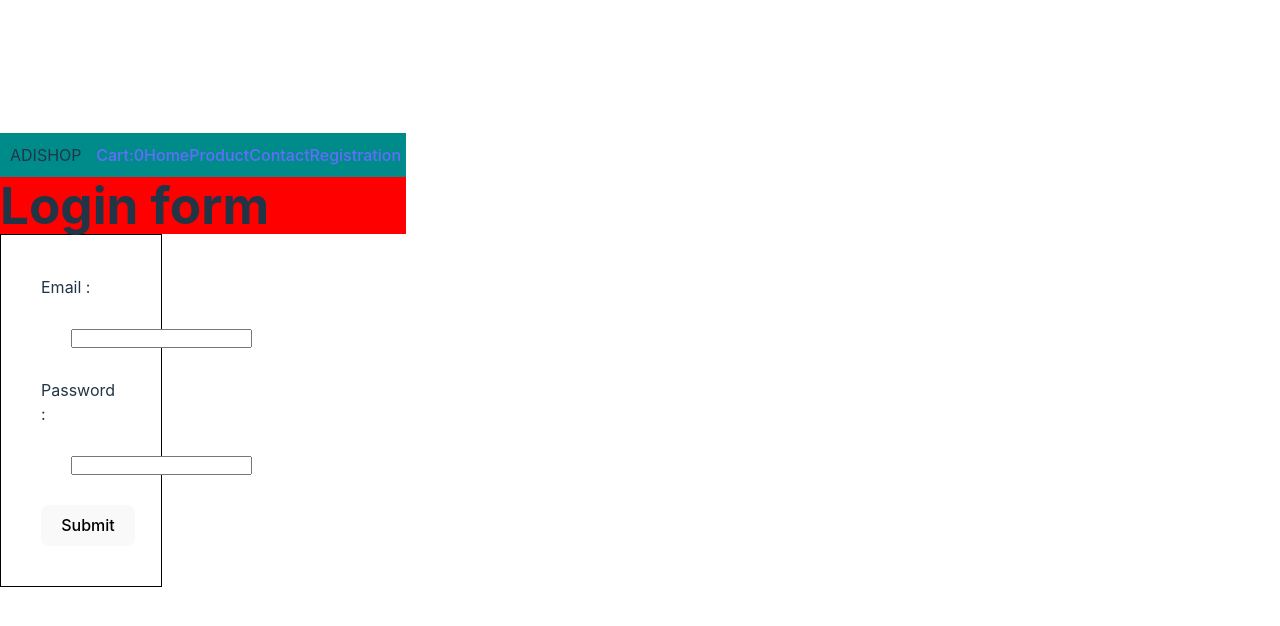
Repository: Aditya0377/React-ecommercewebsite
Page: /login (app in ecommerce/)
The author's editor kept a copy of each file at every save. The page is drawn from the files as they stood at one save, then again after the next save.
The browser window is 1280 px wide. The pictures show the whole page.
The project was rebuilt for these pictures with package versions that can differ from the ones it lists, and the page was loaded fresh each time. Also part of the build but not shown: ecommerce/vite.config.js, ecommerce/src/components/Footer.jsx, ecommerce/src/components/Home.jsx, ecommerce/src/components/Product.css, ecommerce/src/components/Product.jsx, ecommerce/src/components/Contact.jsx, ecommerce/src/components/Registration.jsx, ecommerce/src/components/Authentication.jsx. Imported but missing from the stored project, and not drawn on this page: ecommerce/src/components/Cart.

Above is the page before, as saved 2025-01-28 17:12:05.

### ecommerce/src/main.jsx
import { BrowserRouter } from 'react-router-dom'
import { createRoot } from 'react-dom/client'
import './index.css'
import App from './App.jsx'

createRoot(document.getElementById('root')).render(
  <BrowserRouter>
    <App />
  </BrowserRouter>


)

### ecommerce/src/App.jsx
import React, { createContext, useState } from 'react'
import Header from './components/Header'
import { Routes, Route } from 'react-router-dom'
import Home from './components/Home'
import Product from './components/Product'
import Contact from './components/Contact'
import Login from './components/Login'
import Footer from './components/Footer'
import Cart from './components/Cart'
import Registration from './components/Registration'
import Authentication from './components/Authentication'

// import Pracctise from './components/Pracctise'

const context = createContext();


const App = () => {
  const [count, setCount] = useState(0);


  const addtoCart = () => {
    setCount(prevcount => prevcount + 1)
  }
  const x = 234;


  return (
    <div>
      <context.Provider value={{ addtoCart, count }}>
        <Header count={count} />
        <Routes>
          <Route path='/cart' element={<Cart />} />
          <Route path='/' element={<Home />} />

          <Route path='/product' element={<Authentication component={<Registration />} />} />

          <Route path='/contact' element={<Contact />} />
          <Route path='/login' element={<Login />} />
          <Route path='/registration' element={<Registration />} />




        </Routes>
      </context.Provider>

      {/* <Pracctise /> */}


      {/* <Footer /> */}
    </div >
  )
}

export default App;
export { context };

### ecommerce/src/components/Header.jsx
import React, { useContext } from 'react'
import "./Header.css"
import { Link } from "react-router-dom"
import { useState } from 'react'
import { context } from '../App'
const Header = () => {

    const [hide, sethide] = useState(true);

    const context1 = useContext(context);

    const unhide = () => {
        sethide(!hide)
        console.log(hide)
    }
    return (
        <><div className='burpar'>
            <div className='burger' onClick={unhide}>
                <div className="icon"></div>
                <div className="icon"></div>
                <div className="icon"></div>
            </div>
            <div className="search"><input type="search" name="" id="" placeholder='Search Here' /></div>

        </div>
            <div className={`nav ${hide ? 'shownav' : 'hidenav'}`}>
                <div className="logo">ADISHOP</div>
                <div className="menu">

                    <ul>

                        <li>
                            <Link to='/cart'>Cart:{context1.count}</Link>
                        </li>
                        <li>
                            <Link to='/'>Home</Link>
                        </li>
                        <li>
                            <Link to='/product'>Product</Link>
                        </li>
                        <li>
                            <Link to='/contact'>Contact</Link>

                        </li>
                        <li>
                            <Link to='/registration'>Registration</Link>

                        </li>
                    </ul>
                </div>
            </div>
        </>
    )
}

export default Header

### ecommerce/src/components/Login.jsx
import React, { useEffect } from 'react'
import './Login.css'
import { useNavigate } from 'react-router-dom'
const Login = () => {
    const Navigate = useNavigate();
    useEffect
    return (
        <div>
            <h1>Login form</h1>
            <div className='paradiv'>
                <form className='contact'>
                    <label>Email :</label>
                    <input type='email' /><br />
                    <label>Password :</label>
                    <input type='password' /><br />
                    <button>Submit</button><br />

                </form>
            </div >

        </div>
    )
}

export default Login

### ecommerce/src/components/Header.css
*{
    box-sizing: border-box;
    margin: 0px;
    padding: 0px;
}

.nav{
    padding:10px;
    display: flex;
    justify-content: space-between;
    align-items: center;
    background-color: darkcyan;
}
.menu ul {
    list-style: none;
    display: flex;
    width: 300px;
    justify-content: space-between;
}
.burpar{
    display: none;
}
.icon{
    width: 20px;
    border: 2px solid black;
    margin: 1px;
}
@media screen and (max-width:550px){
    .burpar{
        height: 25px;
        display: flex;
        justify-content: space-between;
        align-items: center;

    }
    .burger{
        display: block;
    }
    .nav{
        width: 90px;
        display: block;
        transition: transform 500ms ease-in;

    }
    .logo{
        display: none;
    }
    .menu ul{

        width: 100%;
         display:flex;
         flex-direction: column;
         align-items: center;
         gap: 10px;
    }
    .shownav{
        transform: translateX(0%);
    }
    .hidenav{
        transform: translateX(-100px)

    }

}

### ecommerce/src/components/Contact.css
.contact{
    padding: 40px;
border:1px solid black;
width : 40%;

}
.contact input{
    margin:30px;

}

### ecommerce/src/components/Footer.css
.footer{
    display: flex;
    background-color: rgb(34,46,62);
    flex-direction: column;
    color: white;

    width: 100%;
    /* position: absolute; */
    /* bottom: 0px; */
    /* bottom: 0px; */
}

.info{
    width: 100%;
    height: 300px;
    display: flex;
    justify-content: space-around;
    align-items: center;
    border: 1px solid black;
}
.copyinfo{
    text-align: center;
}
a {
    text-decoration: none;

}

Loaded but not shown: ecommerce/index.html (common file); ecommerce/src/index.css (common file); ecommerce/src/components/Login.css (common file); ecommerce/src/components/Home.css (no stored copy; drawn as an empty file)

After the next save:
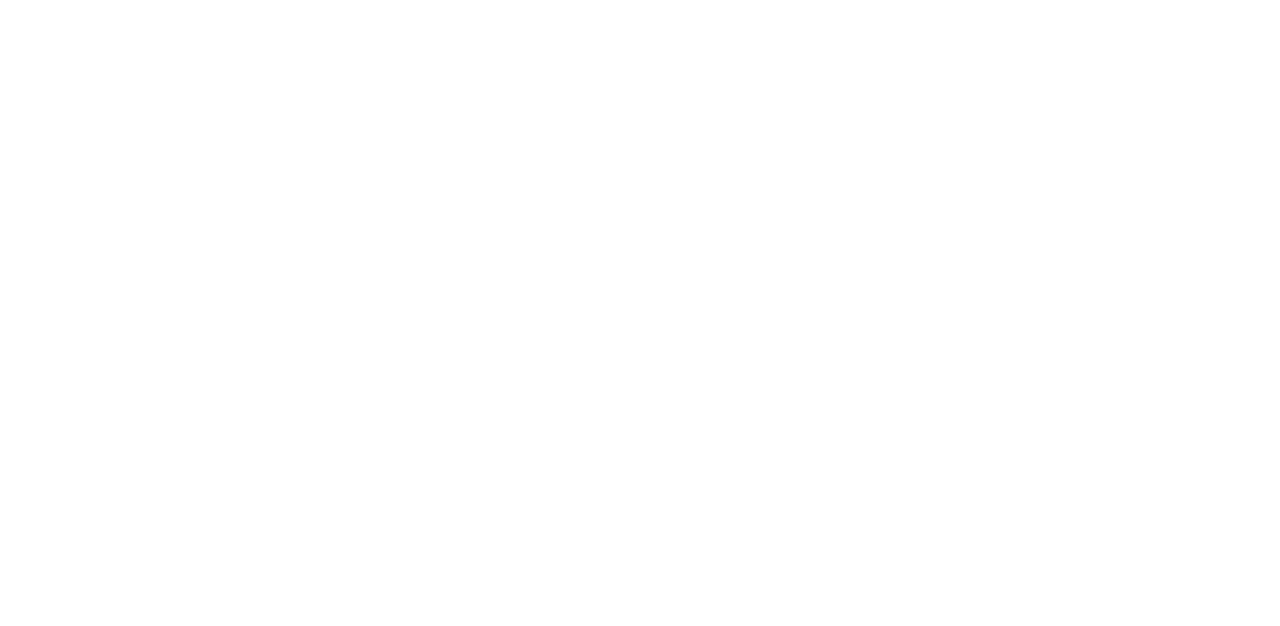
Console error: ReferenceError: submit is not defined
Saved 88 s later.
--- a/ecommerce/src/components/Login.jsx
+++ b/ecommerce/src/components/Login.jsx
@@ -3,17 +3,17 @@
 import { useNavigate } from 'react-router-dom'
 const Login = () => {
     const Navigate = useNavigate();
-    useEffect
+
     return (
         <div>
             <h1>Login form</h1>
             <div className='paradiv'>
-                <form className='contact'>
+                <form className='contact' onSubmit={submit}>
                     <label>Email :</label>
                     <input type='email' /><br />
                     <label>Password :</label>
                     <input type='password' /><br />
-                    <button>Submit</button><br />
+                    <button >Submit</button><br />
 
                 </form>
             </div >

After the save that followed:
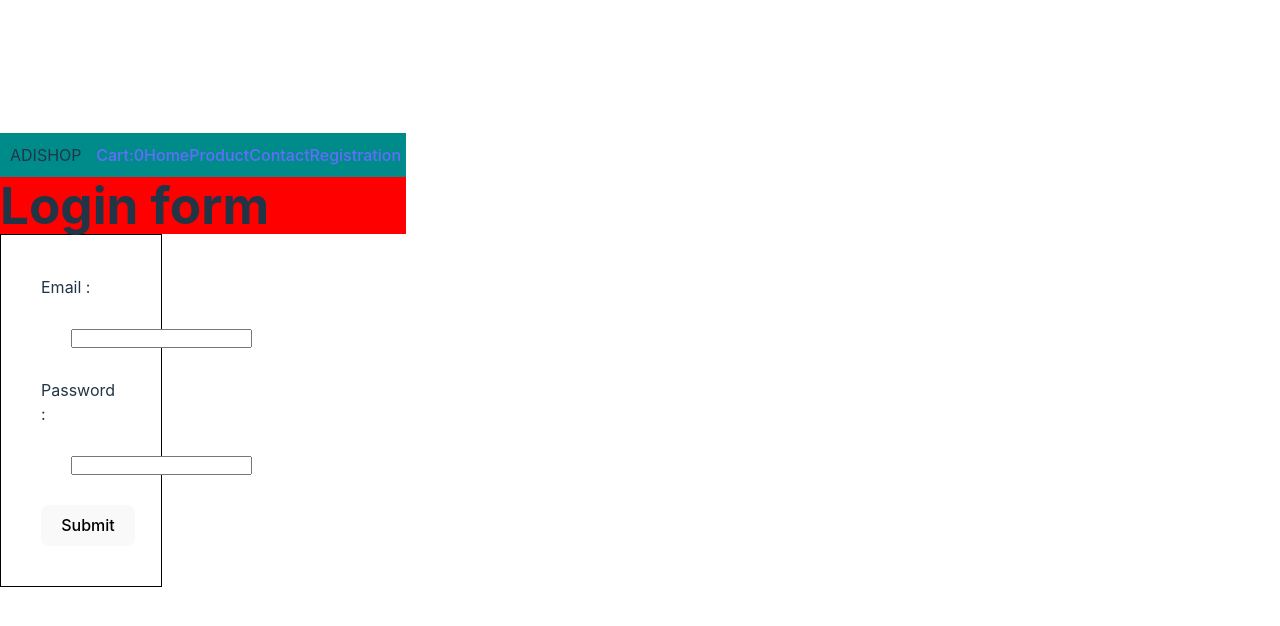
The error is gone.
Saved 31 s later.
--- a/ecommerce/src/components/Login.jsx
+++ b/ecommerce/src/components/Login.jsx
@@ -3,7 +3,10 @@
 import { useNavigate } from 'react-router-dom'
 const Login = () => {
     const Navigate = useNavigate();
+    const submit = (e) => {
+        e.preventDefault();
 
+    }
     return (
         <div>
             <h1>Login form</h1>
